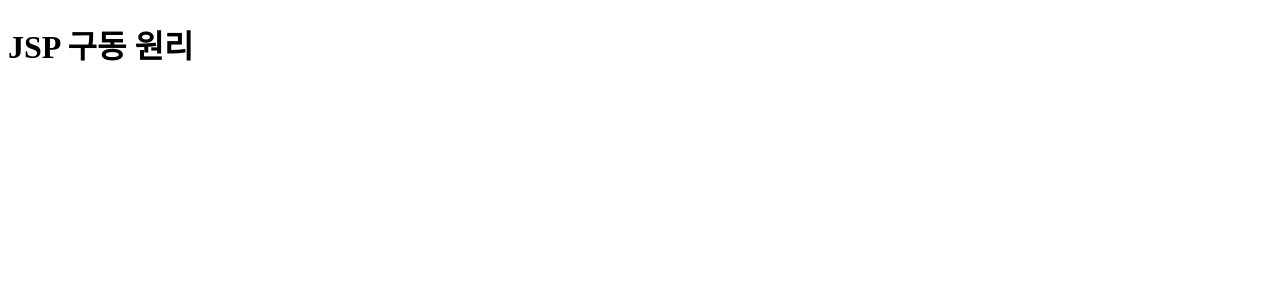
Repository: soso1525/bitcamp
Page: http://localhost/java-web/jsp_exams/ex1/test02.jsp
These files come from the project's save history. The page is drawn as it stood at one moment and after the next save; the edit follows.
The browser window is 1280 px wide. The pictures show the whole page.
The page is served by Tomcat 9. Nobody is signed in. The application's start-up code is not run.

Above is the page before, as saved 2017-12-14 05:32:37.

After the next save:
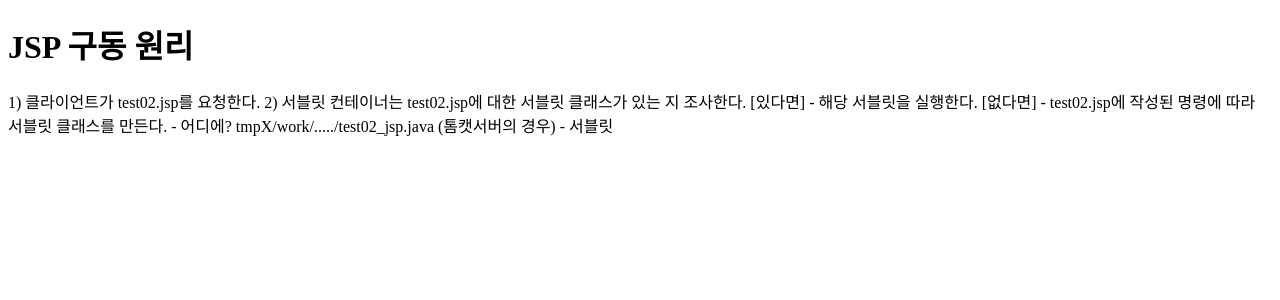
Saved 2 min 6 s later.
--- a/workspace/java-web/src/main/webapp/jsp_exams/ex1/test02.jsp
+++ b/workspace/java-web/src/main/webapp/jsp_exams/ex1/test02.jsp
@@ -9,7 +9,14 @@
 <body>
 <h1>JSP 구동 원리</h1>
 <p>
-
+1) 클라이언트가 test02.jsp를 요청한다.
+2) 서블릿 컨테이너는 test02.jsp에 대한 서블릿 클래스가 있는 지 조사한다.
+   [있다면]
+     - 해당 서블릿을 실행한다.
+   [없다면]
+     - test02.jsp에 작성된 명령에 따라 서블릿 클래스를 만든다.
+     - 어디에? tmpX/work/...../test02_jsp.java (톰캣서버의 경우)
+     - 서블릿
 </p>
 </body>
 </html>
